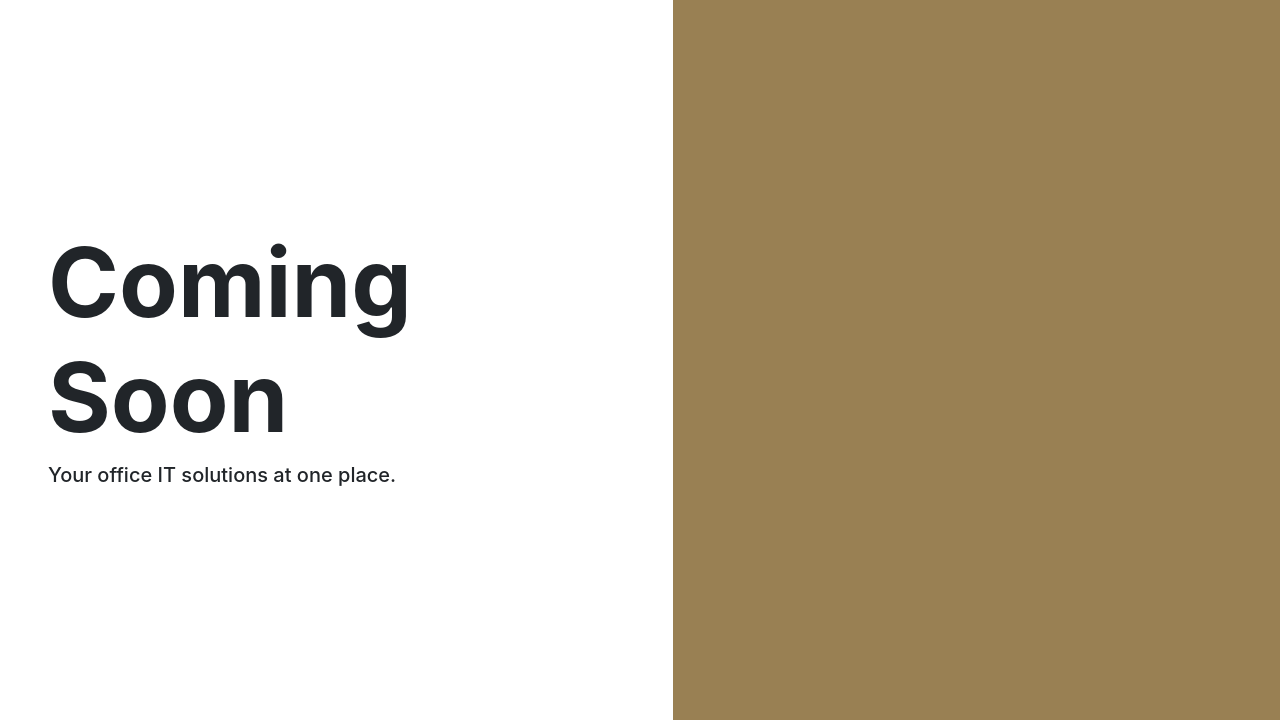
Repository: Thekxgh/website
Page: /
The author's editor kept a copy of each file at every save. The page is drawn from the files as they stood at one save, then again after the next save.
The browser window is 1280 px wide. The pictures show the whole page.
The project was rebuilt for these pictures with package versions that can differ from the ones it lists, and the page was loaded fresh each time.

Above is the page before, as saved 2021-07-14 09:38:44.

### src/index.scss
$primary: #998053;
$dark: #050507;
$light-primary-bg: #DDDEE7;
$light-primary: #DDDEE7;
$theme-colors: (
    "primary": $primary,
    "info": $light-primary,
    "danger": teal,
    "dark": $dark
);

@import '~bootstrap/scss/bootstrap.scss';
body {
  margin: 0;
  font-family: -apple-system, BlinkMacSystemFont, 'Segoe UI', 'Roboto', 'Oxygen',
    'Ubuntu', 'Cantarell', 'Fira Sans', 'Droid Sans', 'Helvetica Neue',
    sans-serif;
  -webkit-font-smoothing: antialiased;
  -moz-osx-font-smoothing: grayscale;
}

code {
  font-family: source-code-pro, Menlo, Monaco, Consolas, 'Courier New',
    monospace;
}

### src/App.tsx
import React from 'react';
import { LandingPage } from './presentation/LandingPage';

function App() {
  return (
    <LandingPage />
  );
}

export default App;

### src/presentation/LandingPage.tsx
import { Col, Container, Row } from "react-bootstrap"

export const LandingPage = () => {
    return (
    <Container fluid>
        <Row className="min-vh-100 align-items-center">
            <Col className="p-5">
                <h1 className="display-1 font-weight-bold">Coming Soon</h1>
                <h5>Your office IT solutions at one place.</h5>
            </Col>
            <Col className="bg-primary min-vh-100">

            </Col>
        </Row>
    </Container>
    );
}

Loaded but not shown: public/index.html (common file); src/index.tsx (common file)

After the next save:
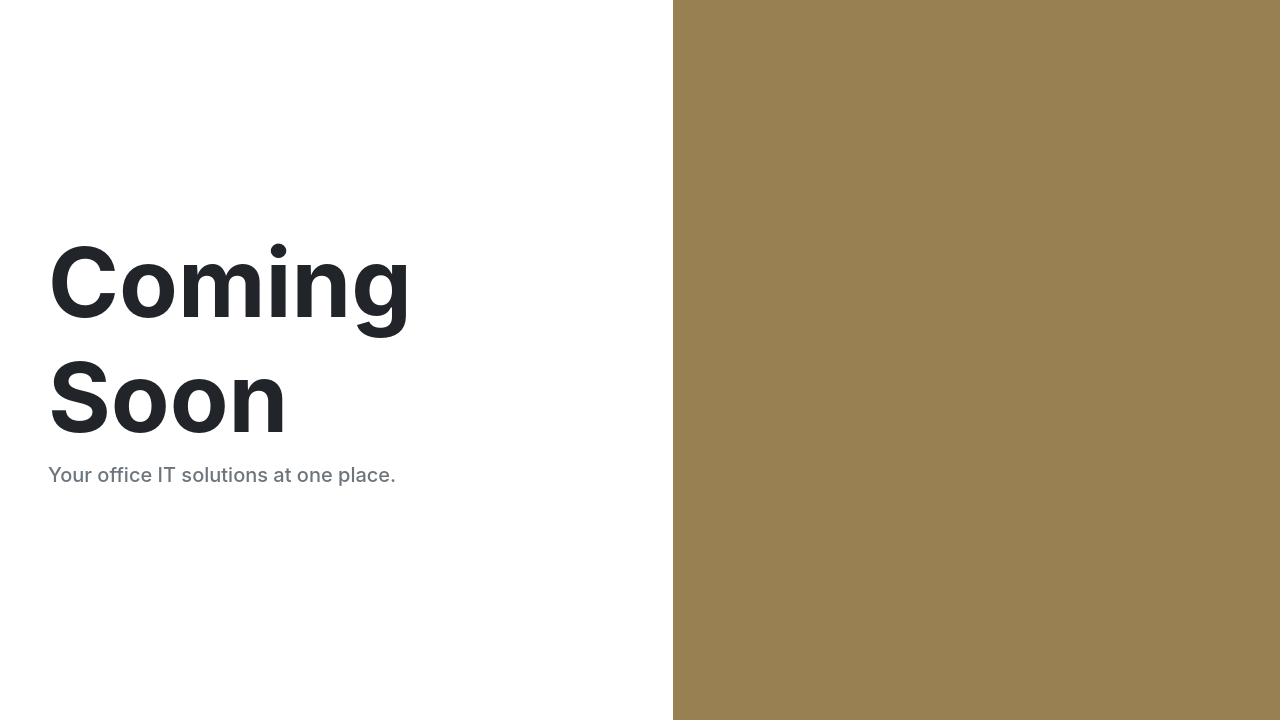
Saved 9 s later.
--- a/src/presentation/LandingPage.tsx
+++ b/src/presentation/LandingPage.tsx
@@ -6,7 +6,7 @@ export const LandingPage = () => {
         <Row className="min-vh-100 align-items-center">
             <Col className="p-5">
                 <h1 className="display-1 font-weight-bold">Coming Soon</h1>
-                <h5>Your office IT solutions at one place.</h5>
+                <h5 className="text-muted">Your office IT solutions at one place.</h5>
             </Col>
             <Col className="bg-primary min-vh-100">
 
